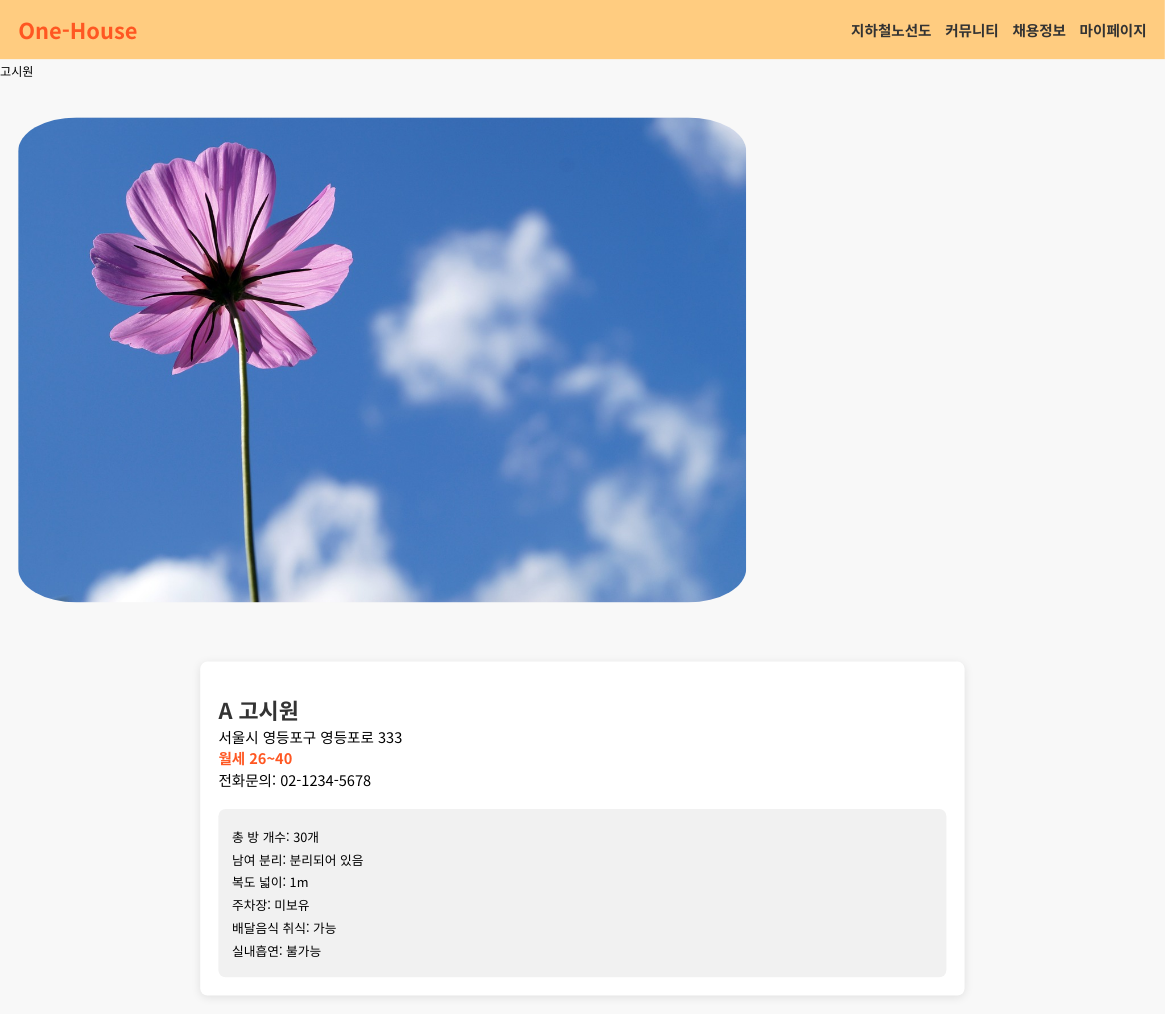
Repository: nayeon-3/one_house
Page: one_house/public/sample/page1.html
These files come from the project's save history. The page is drawn as it stood at one moment and after the next save; the edit follows.
The browser window is 1280 px wide. The pictures show the whole page, at 91% of full size.

Above is the page before, as saved 2025-02-12 05:25:04.

After the next save:
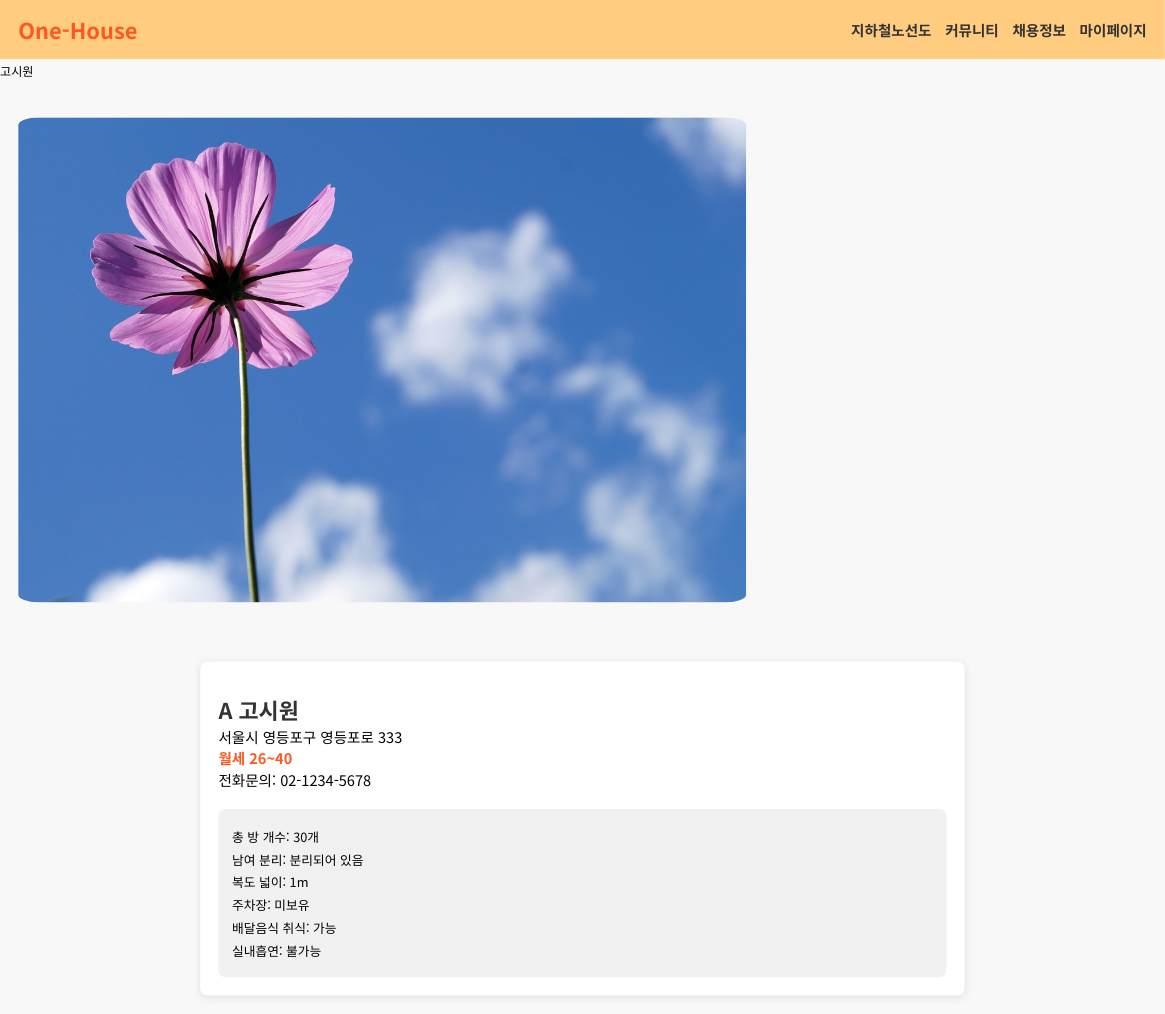
Saved 37 s later.
--- a/one_house/public/sample/page1.css
+++ b/one_house/public/sample/page1.css
@@ -68,7 +68,7 @@ nav ul li a {
 img {
    	max-width: 800px;
     margin: 20px auto;
-    border-radius: 10%;
+    border-radius: 5%;
     padding: 20px;
 }
 
